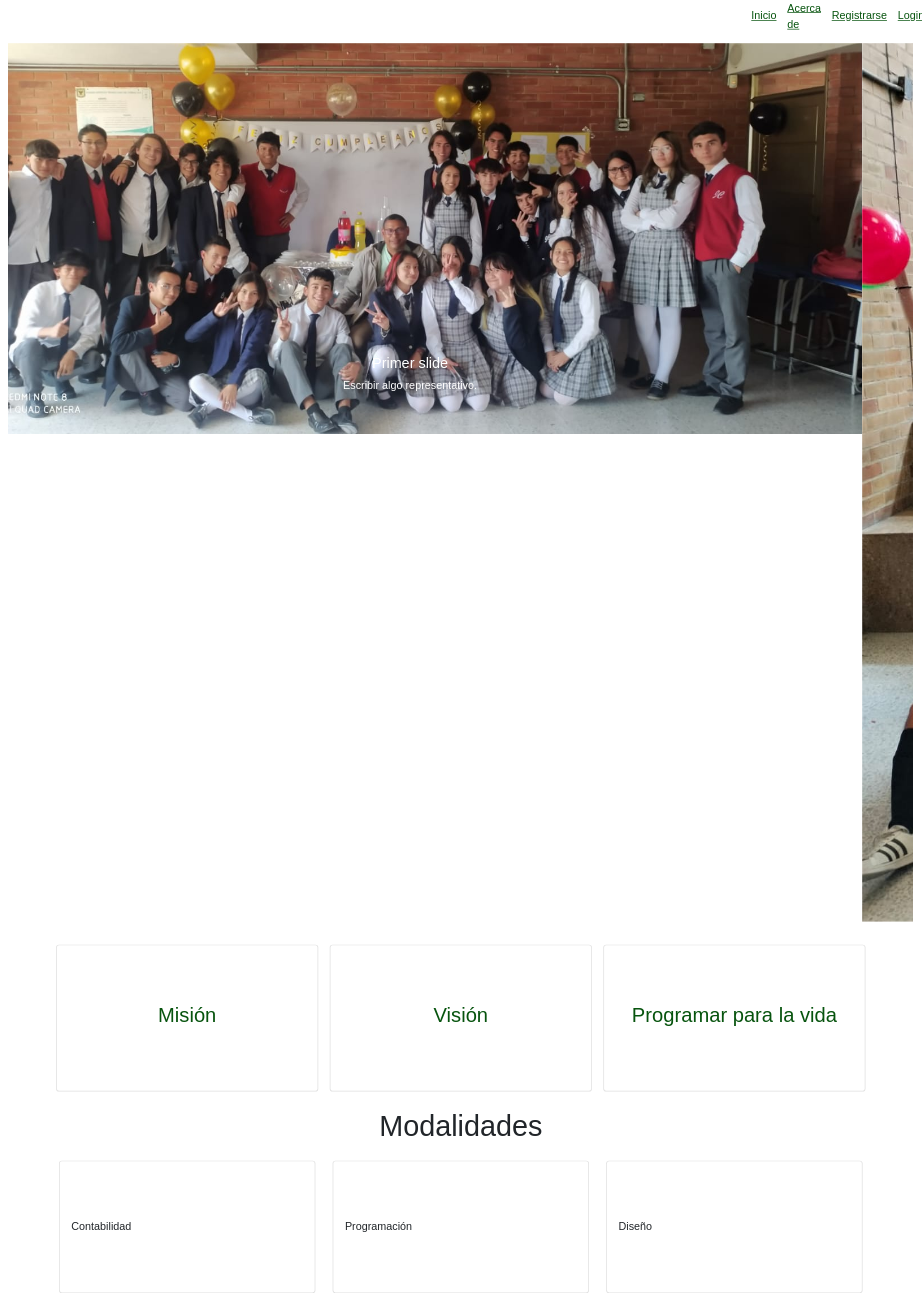
Repository: AntonnySant/webColegio
Page: index.html
An editor plug-in stored every save of this project. The page is shown before and after the next save, followed by the edit.
The browser window is 1280 px wide. The pictures show the whole page, at 72% of full size.

Above is the page before, as saved 2023-10-17 17:25:20.
Console error: TypeError: Cannot set properties of null (setting 'onclick')

### index.html
<!DOCTYPE html>
<html lang="en">

<head>
    <meta charset="UTF-8">
    <meta http-equiv="X-UA-Compatible" content="IE=edge">
    <meta name="viewport" content="width=device-width, initial-scale=1.0">
    <!-- Compiled and minified CSS -->
    <link href="https://cdn.jsdelivr.net/npm/bootstrap@5.0.2/dist/css/bootstrap.min.css" rel="stylesheet"
        integrity="sha384-EVSTQN3/azprG1Anm3QDgpJLIm9Nao0Yz1ztcQTwFspd3yD65VohhpuuCOmLASjC" crossorigin="anonymous">
    <link rel="stylesheet" type="text/css" href="./styles.css">

    <title>Document</title>
</head>

<body>
    <header class="header">
        <!-- <img src="https://juandelcorral.edu.co/wp-content/uploads/2023/03/escudo_2019_verde_fondo-670x1024.png"
            id="img_logo" alt="">
        <p>COLEGIO I.T.D. JUAN DEL CORRAL I.E.D.</p> -->
        <nav>
            <ul class="nav-right-section">
                <li><a href="#">Inicio</a></li>
                <li><a href="#">Acerca de</a></li>
                <li><a href="#">Registrarse</a>
                    <!-- <button id="openModal">Registrarse</button>
                    <div id="registrationModal" class="modal">
                        <div class="modal-content">
                            <span class="close" id="closeModal">&times;</span>
                            <h2>Registro</h2>
                            <form>
                                <label for="username">Nombre de usuario:</label>
                                <input type="text" id="username" name="username" required>
                                <label for="password">Contraseña:</label>
                                <input type="password" id="password" name="password" required>
                                <button type="submit">Registrarse</button>
                            </form>
                        </div>
                    </div> -->
                </li>
                <li><a href="#">Login</a>
                    <!-- <button id="openModalBtn">Iniciar sesión</button>
                    <div id="loginModal" class="modal">
                        <div class="modal-content">
                            <span class="close" id="closeModalBtn">&times;</span>
                            <h2>Iniciar sesión</h2>
                            <form>
                                <input type="text" placeholder="Usuario">
                                <input type="password" placeholder="Contraseña">
                                <button type="submit">Iniciar sesión</button>
                            </form>
                        </div>
                    </div> -->
                </li>
            </ul>
        </nav>
    </header>






    <div class="container-fluid">
        <!-- Carrosul dinamico con las 4 imagenes  -->
        <!-- <div class="container"> -->
        <div class="row py-4">
            <div id="carrusel" class="carousel slide" data-bs-ride="carousel">
                <div class="carousel-indicators">
                    <button type="button" data-bs-target="#carouselExampleCaptions" data-bs-slide-to="0" class="active"
                        aria-current="true" aria-label="Slide 1"></button>
                    <button type="button" data-bs-target="#carouselExampleCaptions" data-bs-slide-to="1"
                        aria-label="Slide 2"></button>
                    <button type="button" data-bs-target="#carouselExampleCaptions" data-bs-slide-to="2"
                        aria-label="Slide 3"></button>
                    <button type="button" data-bs-target="#carouselExampleCaptions" data-bs-slide-to="3"
                        aria-label="Slide 4"></button>
                </div>
                <div class="carousel-inner">
                    <div class="carousel-item active">
                        <img src="foto1.jpeg" class="d-block w-100 img-fluid" alt="...">
                        <div class="carousel-caption d-none d-md-block">
                            <h5>Primer slide</h5>
                            <p>Escribir algo representativo.</p>
                        </div>
                    </div>
                    <div class="carousel-item">
                        <img src="foto2.jpeg" class="d-block w-100 img-fluid" alt="...">
                        <div class="carousel-caption d-none d-md-block">
                            <h5>Segundo slide</h5>
                            <p>Escribir algo representativo.</p>
                        </div>
                    </div>

                    <div class="carousel-item">
                        <img src="foto3.jpeg" class="d-block w-100 img-fluid" alt="...">
                        <div class="carousel-caption d-none d-md-block">
                            <h5>Tercer slide</h5>
                            <p>Escribir algo representativo.</p>
                        </div>
                    </div>

                    <div class="carousel-item">
                        <img src="foto4.jpeg" class="d-block w-100 img-fluid" alt="...">
                        <div class="carousel-caption d-none d-md-block">
                            <h5>Cuarto slide</h5>
                            <p>Escribir algo representativo.</p>
                        </div>
                    </div>
                </div>
                <button class="carousel-control-prev" type="button" data-bs-target="#carouselExampleCaptions"
                    data-bs-slide="prev">
                    <span class="carousel-control-prev-icon" aria-hidden="true"></span>
                    <span class="visually-hidden">Previous</span>
                </button>
                <button class="carousel-control-next" type="button" data-bs-target="#carouselExampleCaptions"
                    data-bs-slide="next">
                    <span class="carousel-control-next-icon" aria-hidden="true"></span>
                    <span class="visually-hidden">Next</span>
                </button>
                <!-- </div> -->
            </div>
        </div>
        <!--Cierre carrusel-->

        <div class="container">
            <div class="row">
                <div class="col-xs-12 col-md-4 p-2">
                    <div class="card">

                        <a href="#" data-bs-toggle="modal" data-bs-target="#mision" class="btn-card">
                            <div class="card-body">
                                <!-- Button trigger modal -->
                                <h3>Misión</h3>
                            </div>
                        </a>
                        <!-- Modal -->
                        <div class="modal fade" id="mision" tabindex="-1" aria-labelledby="mision" aria-hidden="true">
                            <div class="modal-dialog">
                                <div class="modal-content">
                                    <div class="modal-header">
                                        <h5 class="modal-title" id="mision">Modal title</h5>
                                        <button type="button" class="btn-close" data-bs-dismiss="modal"
                                            aria-label="Close"></button>
                                    </div>
                                    <div class="modal-body">
                                        Mision
                                    </div>
                                    <div class="modal-footer">
                                        <button type="button" class="btn btn-secondary"
                                            data-bs-dismiss="modal">Cerrar</button>

                                    </div>
                                </div>
                            </div>
                        </div>
                    </div>
                </div>
                <div class="col-xs-12 col-md-4 p-2">
                    <div class="card">

                        <a href="#" data-bs-toggle="modal" data-bs-target="#vision" class="btn-card">
                            <div class="card-body">
                                <h3>Visión</h3>
                            </div>
                        </a>
                        <div class="modal fade" id="vision" tabindex="-1" aria-labelledby="vision" aria-hidden="true">
                            <div class="modal-dialog">
                                <div class="modal-content">
                                    <div class="modal-header">
                                        <h5 class="modal-title" id="vision">Modal title</h5>
                                        <button type="button" class="btn-close" data-bs-dismiss="modal"
                                            aria-label="Close"></button>
                                    </div>
                                    <div class="modal-body">
                                        Vision
                                    </div>
                                    <div class="modal-footer">
                                        <button type="button" class="btn btn-secondary"
                                            data-bs-dismiss="modal">Cerrar</button>

                                    </div>
                                </div>
                            </div>
                        </div>
                    </div>
                </div>
                <div class="col-xs-12 col-md-4 p-2">
                    <div class="card">

                        <a href="#" data-bs-toggle="modal" data-bs-target="#programar" class="btn-card">
                            <div class="card-body">
                                <h3>Programar para la vida</h3>
                            </div>
                        </a>
                        <div class="modal fade" id="programar" tabindex="-1" aria-labelledby="programar"
                            aria-hidden="true">
                            <div class="modal-dialog">
                                <div class="modal-content">
                                    <div class="modal-header">
                                        <h5 class="modal-title" id="programar">Modal title</h5>
                                        <button type="button" class="btn-close" data-bs-dismiss="modal"
                                            aria-label="Close"></button>
                                    </div>
                                    <div class="modal-body">
                                        Educar </div>
                                    <div class="modal-footer">
                                        <button type="button" class="btn btn-secondary"
                                            data-bs-dismiss="modal">Cerrar</button>

                                    </div>
                                </div>
                            </div>
                        </div>
                    </div>
                </div>
            </div>
        </div>

        <div class="container">
            <div class="row">
                <h1 class="text-center p-3">Modalidades</h1>
            </div>
            <div class="row">
                <div class="col">
                    <div class="card">
                        <div class="card-body">
                            Contabilidad
                        </div>
                    </div>
                </div>
                <div class="col">
                    <div class="card">
                        <div class="card-body">
                            Programación
                        </div>
                    </div>
                </div>
                <div class="col">
                    <div class="card">
                        <div class="card-body">
                            Diseño
                        </div>
                    </div>
                </div>
            </div>
        </div>
    </div>

    <!-- Compiled and minified JavaScript -->
    <script src="https://cdn.jsdelivr.net/npm/bootstrap@5.0.2/dist/js/bootstrap.bundle.min.js"
        integrity="sha384-MrcW6ZMFYlzcLA8Nl+NtUVF0sA7MsXsP1UyJoMp4YLEuNSfAP+JcXn/tWtIaxVXM" crossorigin="anonymous">
    </script>
    <script src="script.js"></script>
</body>

</html>

### styles.css
/* styles.css */
/* Estilos para el encabezado */
body {
  margin: 0;
  padding: 0;
  font-size: 15px;
  font-family: Arial, Helvetica, sans-serif;
}

.btn-card {
  text-align: center;
  text-decoration: none;
  color: #07540E;
}

.btn-card:hover {
  color: black;
}

.card-body {
  padding: 5rem 1rem;
}

.carousel-indicators {
  z-index: 1;
}

.header {
  position: fixed;
  /* top: 0;
    left: 0; */
  width: 100%;
  height: 60px;
  background-color: white;
  /* padding: 10px 0; */
  z-index: 1;
}

header nav {
  display: flex;
  justify-content: flex-end;
}

header nav .nav-right-section {
  width: 250px;
  height: auto;
  display: flex;
  list-style: none;
  justify-content: center;
  align-items: center;
}

nav .nav-right-section a {
  /* text-decoration: none; */
  margin-right: 15px;
  color: #07540E;
}

/* .header ul {
    list-style: none;
    margin: 0;
    padding: 0;
    float: right;
    margin: 15px;
  }

  .header ul li {
    display: flex;
    margin-right: 20px;
  }

  .header ul li:last-child {
    margin-right: 0;
  } */

header p {
  margin-top: 15px;
  font-family: Arial, Helvetica, sans-serif;
  font-size: 36px;
  text-align: left;
  color: #07540E;

}

/* .content {
    margin-top: 60px;
  } */

#carrusel {
  /* z-index: -2; */
}

.modal {
  display: none;
  position: fixed;
  top: 0;
  left: 0;
  width: 100%;
  height: 100%;
  background-color: rgba(0, 0, 0, 0.5);
}

.modal-content {
  background-color: #fff;
  margin: 10% auto;
  padding: 20px;
  width: 300px;
  box-shadow: 0 4px 8px 0 rgba(0, 0, 0, 0.2);
}

.modal-backdrop {
  z-index: 0;
}

.close {
  float: right;
  font-size: 24px;
  cursor: pointer;
}

/* Estilos para el modal */
.modal {
  display: none;
  position: fixed;
  z-index: 1;
  left: 0;
  top: 0;
  width: 100%;
  height: 100%;
  background-color: rgba(0, 0, 0, 0.7);
}

.modal-content {
  background-color: #fefefe;
  margin: 10% auto;
  padding: 20px;
  border: 1px solid #888;
  width: 50%;
}

.close {
  float: right;
  font-size: 20px;
  cursor: pointer;
}

/* Estilos para el botón "Registrarse" */
#openModal {
  display: inline-block;
  padding: 10px 20px;
  background-color: #007bff;
  color: #fff;
  border: none;
  cursor: pointer;
}

/* Estilos para el formulario dentro del modal */
form {
  display: flex;
  flex-direction: column;
}

label,
input,
button {
  margin: 5px 0;
}

img {
  height: 600px;
}

#img_logo {
  width: 120px;
  height: 140px;
  float: left;
  margin: 15px;
  margin-top: 10px;
}


/* Añade estilos adicionales según tu preferencia */

### script.js
// script.js
document.getElementById("openModalBtn").onclick = function() {
    document.getElementById("loginModal").style.display = "block";
  }

  document.getElementById("closeModalBtn").onclick = function() {
    document.getElementById("loginModal").style.display = "none";
  }

  window.onclick = function(event) {
    if (event.target === document.getElementById("loginModal")) {
      document.getElementById("loginModal").style.display = "none";
    }
  }


const openModalButton = document.getElementById("openModal");
const closeModalButton = document.getElementById("closeModal");
const registrationModal = document.getElementById("registrationModal");

openModalButton.addEventListener("click", () => {
  registrationModal.style.display = "block";
});

closeModalButton.addEventListener("click", () => {
  registrationModal.style.display = "none";
});

window.addEventListener("click", (event) => {
  if (event.target === registrationModal) {
    registrationModal.style.display = "none";
  }
});

var myModal = document.getElementById('myModal')
var myInput = document.getElementById('myInput')

myModal.addEventListener('shown.bs.modal', function () {
  myInput.focus()
})

After the next save:
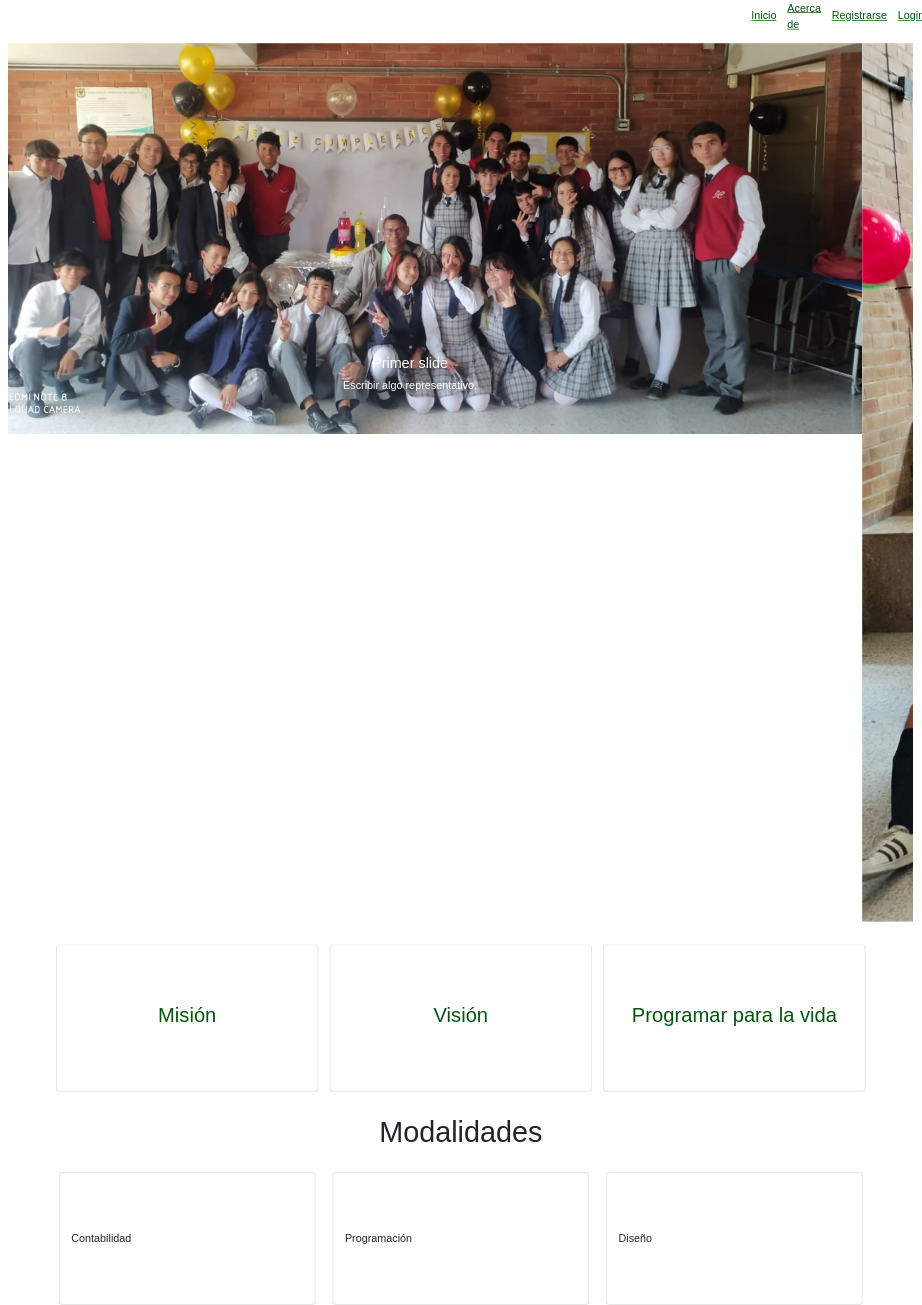
Saved 10 s later.
--- a/index.html
+++ b/index.html
@@ -219,7 +219,7 @@
 
         <div class="container">
             <div class="row">
-                <h1 class="text-center p-3">Modalidades</h1>
+                <h1 class="text-center p-4">Modalidades</h1>
             </div>
             <div class="row">
                 <div class="col">
